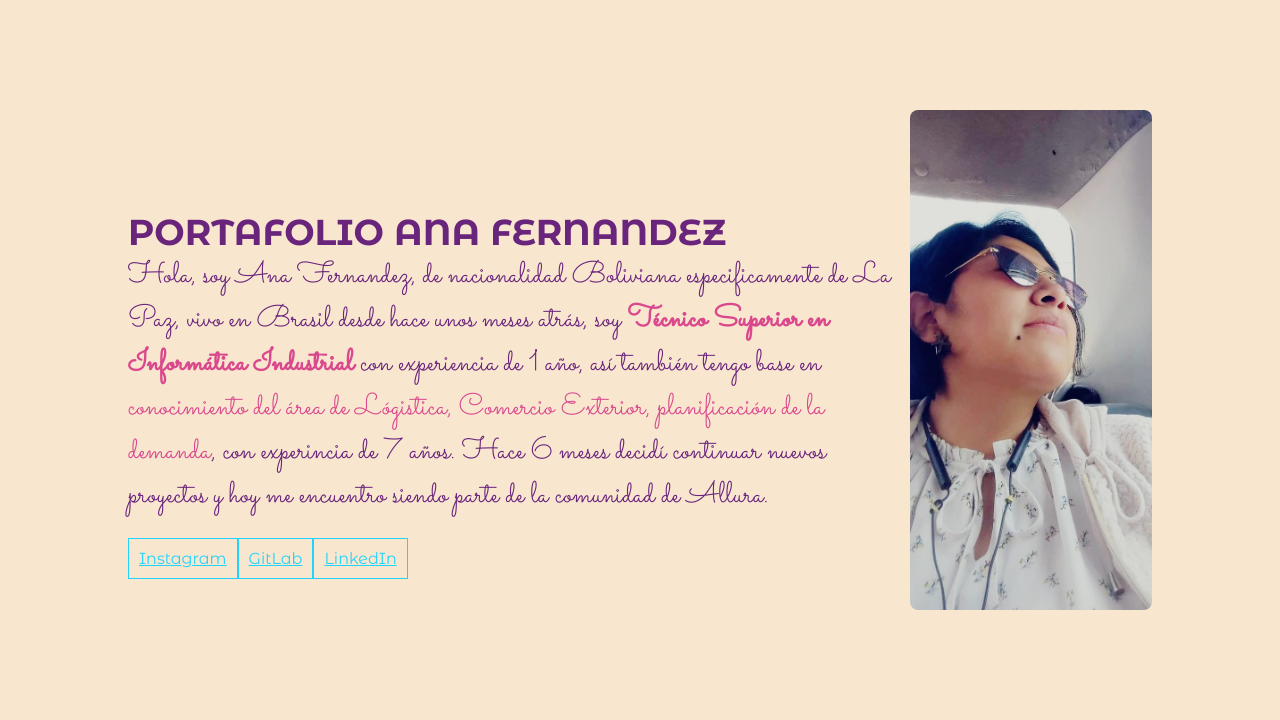
Repository: AnaFzCz/PROYECTOS-HTML---CSS2
Page: Portafolio/index.html
These files come from the project's save history. The page is drawn as it stood at one moment and after the next save; the edit follows.
The browser window is 1280 px wide. The pictures show the whole page.

Above is the page before, as saved 2025-01-25 07:20:36.

After the next save:
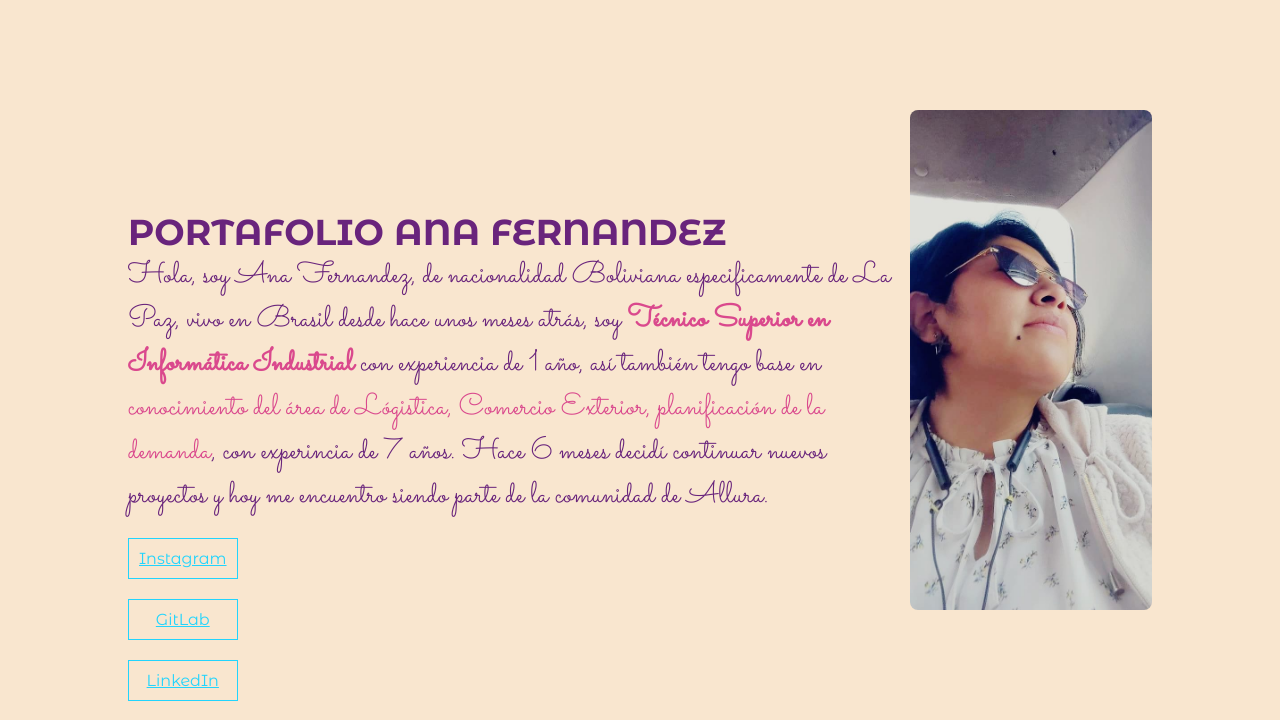
Saved 45 h 35 min later.
--- a/Portafolio/index.html
+++ b/Portafolio/index.html
@@ -21,10 +21,12 @@
                 experiencia de 1 año, así también tengo base en <span>conocimiento del área de Lógistica, Comercio
                     Exterior, planificación de la demanda</span>, con experincia de 7 años. Hace 6 meses decidí
                 continuar nuevos proyectos y hoy me encuentro siendo parte de la comunidad de Allura.</p>
-            <a class="bot" href="https://instagram.com/anafzcz">Instagram</a>
+
+          <div>
+                <a class="bot" href="https://instagram.com/anafzcz">Instagram</a>
             <a class="bot" href="https://github.com/AnaFzCz">GitLab</a>
             <a class="bot" href="https://linkedin.com/in/ana-fernandez-cruz-238787124">LinkedIn</a>
-
+        </div>
         </div>
         <img src="mindfullness.jpg" alt="myself" style="width:250px;height: 500px;">
     </main>
